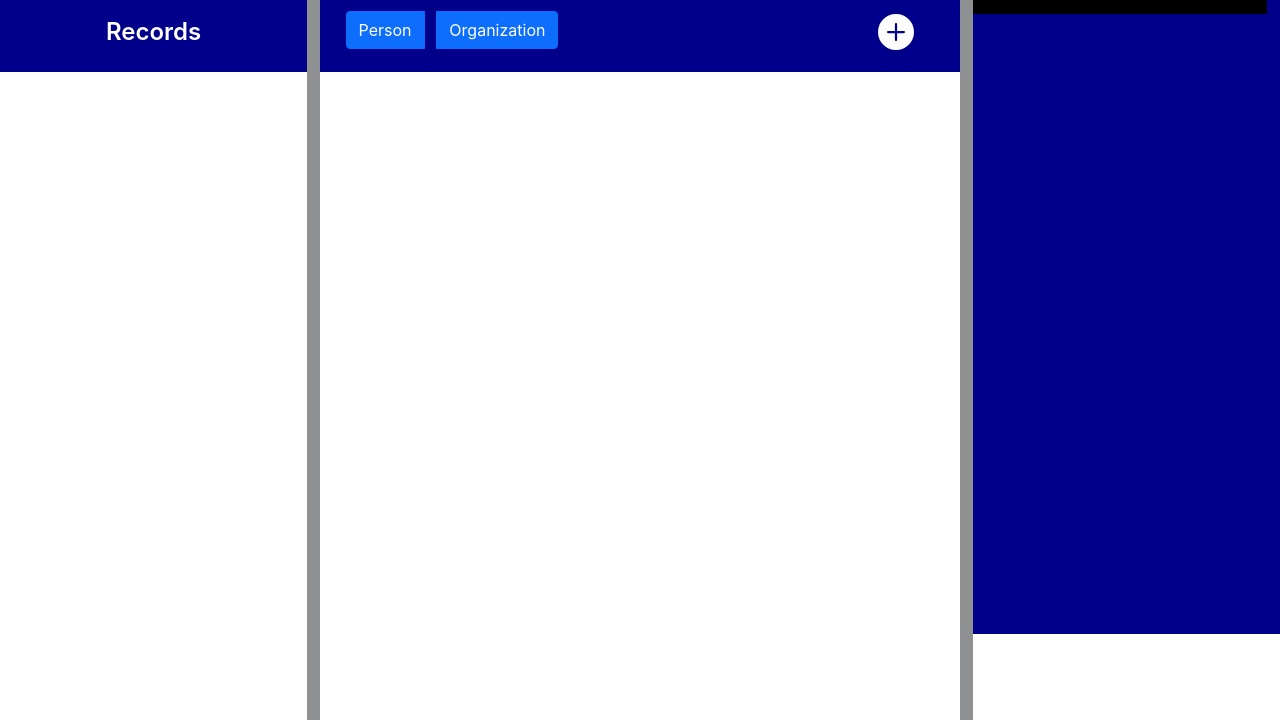
Repository: napan24/classforma_assignment
Page: / (app in client/)
An editor plug-in stored every save of this project. The page is shown before and after the next save, followed by the edit.
The browser window is 1280 px wide. The pictures show the whole page.
The project was rebuilt for these pictures with package versions that can differ from the ones it lists, and the page was loaded fresh each time. Also part of the build but not shown: client/src/App.css.

Above is the page before, as saved 2022-07-20 14:45:29.

### client/public/index.html
<!DOCTYPE html>
<html lang="en">
  <head>
    <meta charset="utf-8" />
    <link rel="icon" href="%PUBLIC_URL%/favicon.ico" />
    <meta name="viewport" content="width=device-width, initial-scale=1" />
    <meta name="theme-color" content="#000000" />
    <meta
      name="description"
      content="Web site created using create-react-app"
    />
    <link href="https://cdn.jsdelivr.net/npm/bootstrap@5.1.3/dist/css/bootstrap.min.css" rel="stylesheet" integrity="sha384-1BmE4kWBq78iYhFldvKuhfTAU6auU8tT94WrHftjDbrCEXSU1oBoqyl2QvZ6jIW3" crossorigin="anonymous">
    <link rel="apple-touch-icon" href="%PUBLIC_URL%/logo192.png" />
    <!--
      manifest.json provides metadata used when your web app is installed on a
      user's mobile device or desktop. See https://developers.google.com/web/fundamentals/web-app-manifest/
    -->
    <link rel="manifest" href="%PUBLIC_URL%/manifest.json" />
    <!--
      Notice the use of %PUBLIC_URL% in the tags above.
      It will be replaced with the URL of the `public` folder during the build.
      Only files inside the `public` folder can be referenced from the HTML.

      Unlike "/favicon.ico" or "favicon.ico", "%PUBLIC_URL%/favicon.ico" will
      work correctly both with client-side routing and a non-root public URL.
      Learn how to configure a non-root public URL by running `npm run build`.
    -->
    <title>React App</title>
  </head>
  <body>
    <noscript>You need to enable JavaScript to run this app.</noscript>
    <div id="root"></div>
    <!--
      This HTML file is a template.
      If you open it directly in the browser, you will see an empty page.

      You can add webfonts, meta tags, or analytics to this file.
      The build step will place the bundled scripts into the <body> tag.

      To begin the development, run `npm start` or `yarn start`.
      To create a production bundle, use `npm run build` or `yarn build`.
    -->
    <script src="https://cdn.jsdelivr.net/npm/bootstrap@5.1.3/dist/js/bootstrap.bundle.min.js" integrity="sha384-ka7Sk0Gln4gmtz2MlQnikT1wXgYsOg+OMhuP+IlRH9sENBO0LRn5q+8nbTov4+1p" crossorigin="anonymous"></script>
  </body>
</html>

### client/src/App.js
import logo from './logo.svg';
import './App.css';
import Home from './Home';

function App() {
  return (
    <>
      <Home></Home>
    </>
  );
}

export default App;

### client/src/Home.js
'strict origin'
import React, { useState, useEffect } from 'react'
const Home = () => {
    const [textField, setTextField] = useState();
    const [person,setPerson]=useState();
    const [place,setPlace]=useState();
    const [personName,setPersonName]=useState(['']);
    const [placeName,setPlaceName]=useState(['']);
    useEffect(() => {
        if (textField) {
            trending();
        }
    }, [textField])
    const trending = async () => {
        const res = await fetch("/", {
            method: 'POST',
            headers: {
                "Content-Type": "application/json"
            },
            body: JSON.stringify({ textField })
        });
        const result = await res.json();
        setPerson(result.filter((arr)=>arr.type=='Person'));
        setPlace(result.filter((arr)=>arr.type=='Place'));
    };
    useEffect(()=>{
        if(person){
            person.forEach(function (arrayItem) {
                setPersonName(curr=> [...curr, arrayItem.entityId]);
            });
        }
    },[person])
    useEffect(()=>{
        if(place){
            place.forEach(function (arrayItem) {
                setPlaceName(curr=> [...curr, arrayItem.entityId]);
            });
        }
    },[place])
    const showFile = async (e) => {
        e.preventDefault()
        const reader = new FileReader()
        reader.onload = async (e) => {
            const text = (e.target.result)
            setTextField(text);
        };
        reader.readAsText(e.target.files[0])
    }
    return (
        <>
            <div style={{ display: 'flex', width: "100vw", height: "100vh", backgroundColor: "#8f9091" }}>
                <div style={{ width: "24vw", height: "100vh", backgroundColor: "white", marginRight: "1vw" }}>
                    <div style={{ width: "24vw", height: "10vh", backgroundColor: "#00008b", textAlign: 'center', fontSize: '150%', color: "white", fontWeight: "600", position: "fixed" }}>
                        <p style={{ marginTop: "2vh" }}>
                            Records
                        </p>
                    </div>
                    <div>

                    </div>
                </div>
                <div style={{ width: "50vw", height: "100vh", backgroundColor: "white", marginRight: "1vw", overflowY: "unset" }}>
                    <div style={{ width: "50vw", height: "10vh", backgroundColor: "#00008b", position: 'relative', overflowY: 'hidden' }}>
                        <div class="btn-group" style={{ marginTop: "1.5vh", marginLeft: "2vw" }}>
                            <button type="button" class="btn btn-primary" style={{ marginRight: "1vw" }}>Person</button>
                            <button type="button" class="btn btn-primary">Organization</button>
                        </div>
                        <label for="file">
                            <svg style={{ width: "20%", height: "50%", position: "absolute", right: "0", top: "2vh", color: "white" }} xmlns="http://www.w3.org/2000/svg" fill="currentColor" class="bi bi-plus-circle-fill" viewBox="0 0 16 16">
                                <path d="M16 8A8 8 0 1 1 0 8a8 8 0 0 1 16 0zM8.5 4.5a.5.5 0 0 0-1 0v3h-3a.5.5 0 0 0 0 1h3v3a.5.5 0 0 0 1 0v-3h3a.5.5 0 0 0 0-1h-3v-3z" />
                            </svg>
                        </label>
                        <input type="file" id="file" onChange={(e) => showFile(e)} style={{ display: "none" }} />
                    </div>
                    <div style={{ width: "48vw", height: "85vh", marginLeft: "2vw", marginTop: "5vh", overflowY: "scroll" }}>
                        {textField}
                    </div>
                </div>
                <div style={{ width: "24vw", height: "100vh", backgroundColor: "white" }}>
                    <div style={{ width: "24vw", height: "10vh", backgroundColor: "#00008b", textAlign: 'center', fontSize: '150%', color: "white", fontWeight: "600", position: "fixed" }}>
                        <p style={{ marginTop: "2vh" }}>
                            Annotations
                        </p>
                    </div>
                    <div style={{ width: "24vw", height: "88vh", backgroundColor: "#00008b", textAlign: 'center', fontSize: '150%', color: "white", fontWeight: "600", position: "fixed" }}>
                    {personName && personName.map((user) => (
                        <div style={{width:"23vw",height:'2vh',backgroundColor:"black",color:"white",fontSize:"50%"}}>
                            {user}
                        </div>
                    ))}
                    </div>
                </div>
            </div>
        </>
    )
}

export default Home

Loaded but not shown: client/src/index.js (common file); client/src/index.css (common file); client/src/reportWebVitals.js (common file)

After the next save:
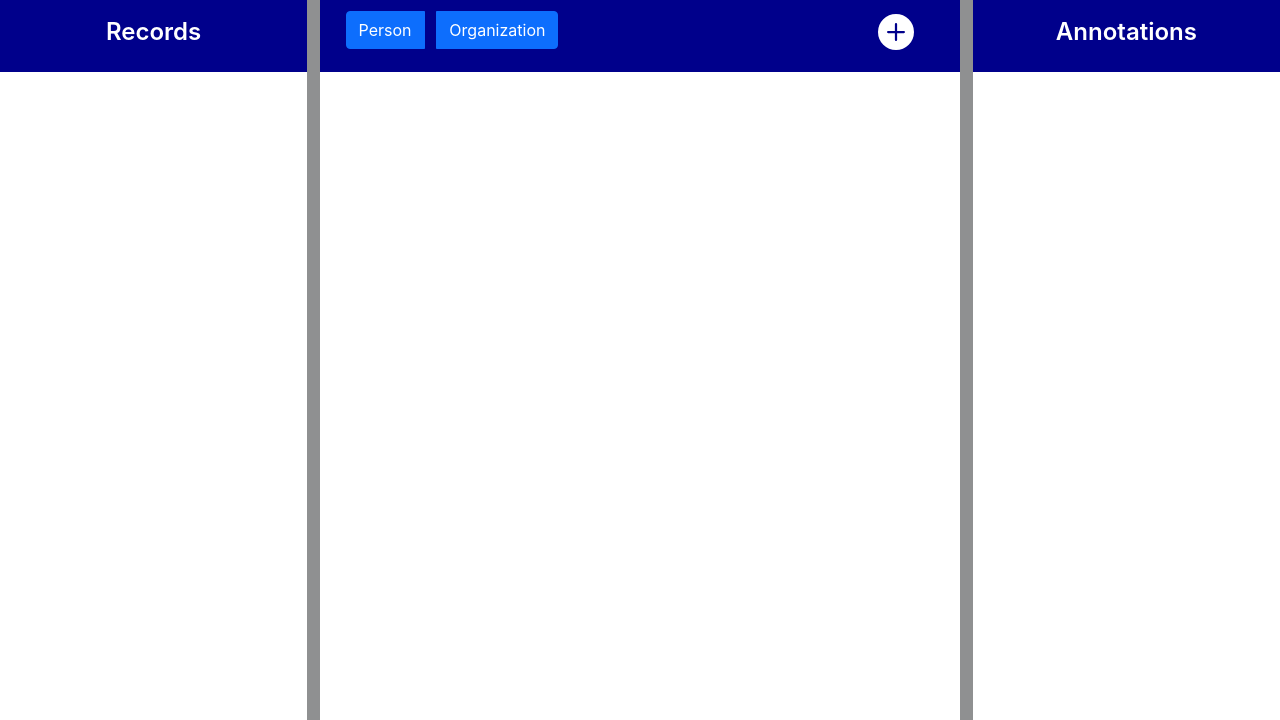
Saved 21 s later.
--- a/client/src/Home.js
+++ b/client/src/Home.js
@@ -82,13 +82,6 @@ const Home = () => {
                             Annotations
                         </p>
                     </div>
-                    <div style={{ width: "24vw", height: "88vh", backgroundColor: "#00008b", textAlign: 'center', fontSize: '150%', color: "white", fontWeight: "600", position: "fixed" }}>
-                    {personName && personName.map((user) => (
-                        <div style={{width:"23vw",height:'2vh',backgroundColor:"black",color:"white",fontSize:"50%"}}>
-                            {user}
-                        </div>
-                    ))}
-                    </div>
                 </div>
             </div>
         </>
